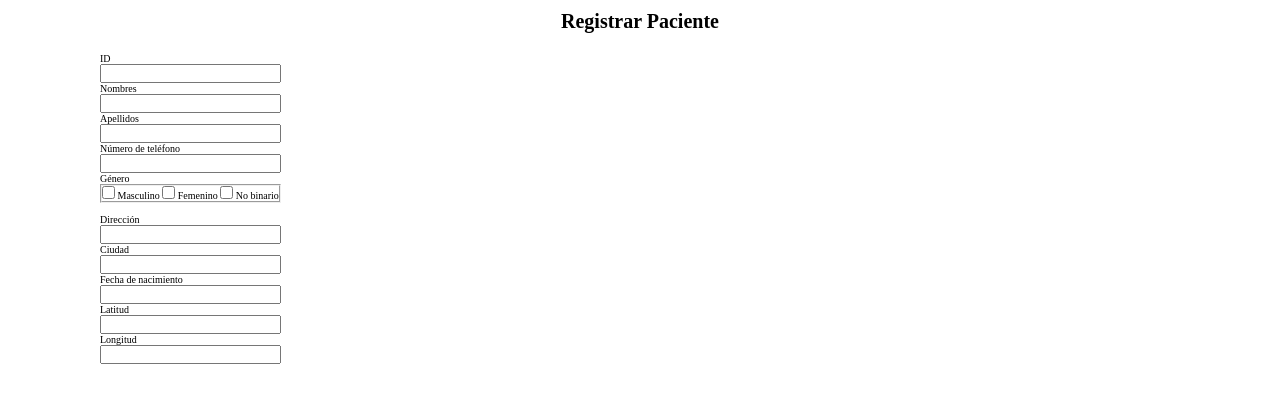
Repository: alexvl06/HospiEnCasa
Page: HospiEnCasa.App/HospiEnCasa.App.Frontend/pacientForm.html
These files come from the project's save history. The page is drawn as it stood at one moment and after the next save; the edit follows.
The browser window is 1280 px wide. The pictures show the whole page.

Above is the page before, as saved 2022-07-05 16:47:50.

### HospiEnCasa.App/HospiEnCasa.App.Frontend/pacientForm.html
<!DOCTYPE html>
<html lang="es">
  <head>
    <meta charset="UTF-8" />
    <meta http-equiv="X-UA-Compatible" content="IE=edge" />
    <meta
      name="viewport"
      content="width=device-width
    , initial-scale=1.0"
    />
    <title>Formulario pacientes</title>
    <link rel="stylesheet" href="style.css" />
  </head>
  <body>
    <header>
      <h1>Registrar Paciente</h1>
    </header>
    <main>
      <form action="">
        <label for="id">
          <span>ID</span>
          <input type="text" name="id" id="id" required />
        </label>
        <label for="firstname">
          <span>Nombres</span>
          <input
            type="text"
            name="firstname"
            id="firstname"
            requiredphonenumber
          />
        </label>
        <label for="lastname">
          <span>Apellidos</span>
          <input type="text" name="lastname" id="lastname" required />
        </label>
        <label for="phonenumber">
          <span>Número de teléfono</span>
          <input type="text" name="phonenumber" id="phonenumber" required />
        </label>
        <label for="genre">
          <span>Género</span>
          <fieldset>
            <label for="male">
              <input type="checkbox" name="male" id="male" />
              <span>Masculino</span>
            </label>
            <label for="male">
              <input type="checkbox" name="female" id="female" />
              <span>Femenino</span>
            </label>
            <label for="male">
              <input type="checkbox" name="other" id="other" />
              <span>No binario</span>
            </label>
          </fieldset>
        </label>
        <label for="address">
          <span>Dirección</span>
          <input type="text" name="address" id="address" required />
        </label>
        <label for="city">
          <span>Ciudad</span>
          <input type="text" name="city" id="city" required />
        </label>
        <label for="birthdate">
          <span>Fecha de nacimiento</span>
          <input type="text" name="birthdate" id="birthdate" required />
        </label>
        <label for="lat">
          <span>Latitud</span>
          <input type="text" name="lat" id="lat" />
        </label>
        <label for="long">
          <span>Longitud</span>
          <input type="text" name="long" id="long" />
        </label>
      </form>
    </main>
  </body>
</html>

### HospiEnCasa.App/HospiEnCasa.App.Frontend/style.css
*{
  box-sizing: border-box;
  margin:0;
  padding: 0;
}

html{
  font-size: 62.5%;
}

h1{
  display:flex;
  justify-content: center;
  margin: 1rem;
}

form{
  display: flex;
  flex-direction: column;
  flex-wrap: wrap;
  width: 15rem;
  margin: 2rem 10rem;

}

After the next save:
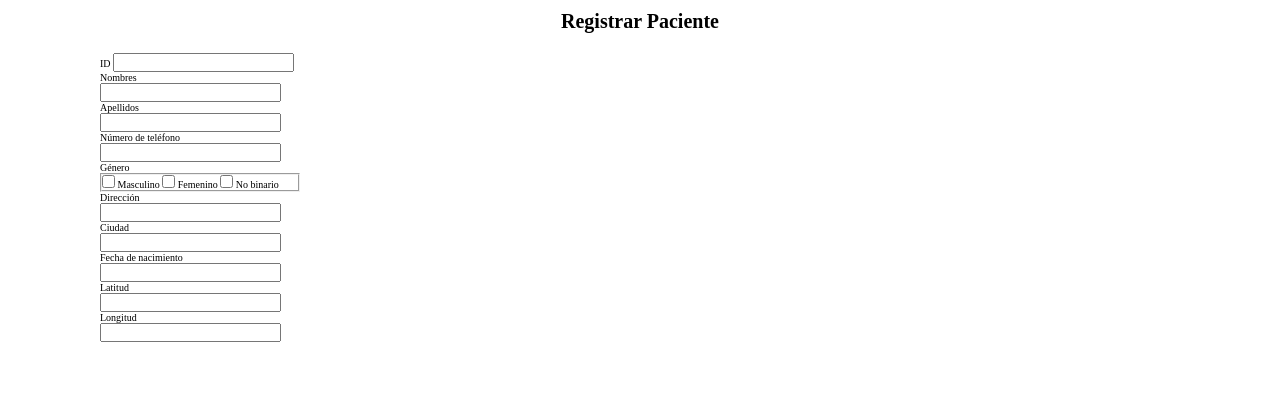
Saved 7 s later.
--- a/HospiEnCasa.App/HospiEnCasa.App.Frontend/style.css
+++ b/HospiEnCasa.App/HospiEnCasa.App.Frontend/style.css
@@ -18,7 +18,7 @@ form{
   display: flex;
   flex-direction: column;
   flex-wrap: wrap;
-  width: 15rem;
+  width: 20rem;
   margin: 2rem 10rem;
 
 }
